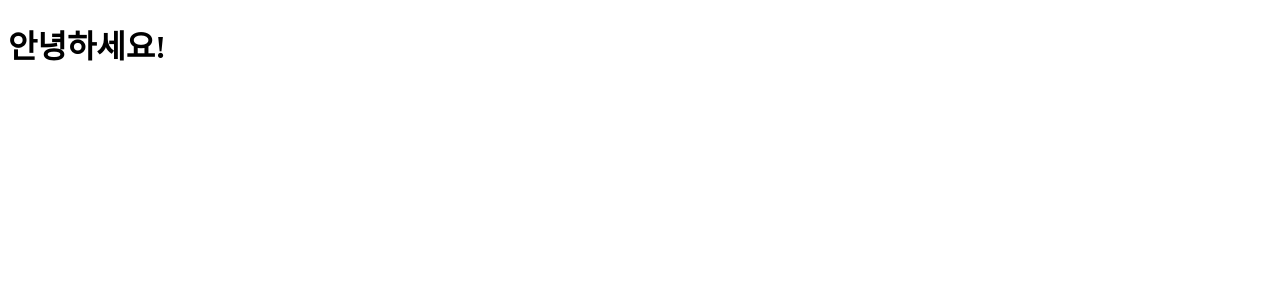
Repository: carminesteel/java
Page: 0403/ex03/WebContent/ex01.html
The author's editor kept a copy of each file at every save. The page is drawn from the files as they stood at one save, then again after the next save.
The browser window is 1280 px wide. The pictures show the whole page.

Above is the page before, as saved 2020-04-03 07:33:38.

### 0403/ex03/WebContent/ex01.html
<!DOCTYPE html>
<html>
<head>
<meta charset="EUC-KR">
<title>Insert title here</title>
</head>
<body>
	<h1>안녕하세요!</h1>
</body>
</html>

After the next save:
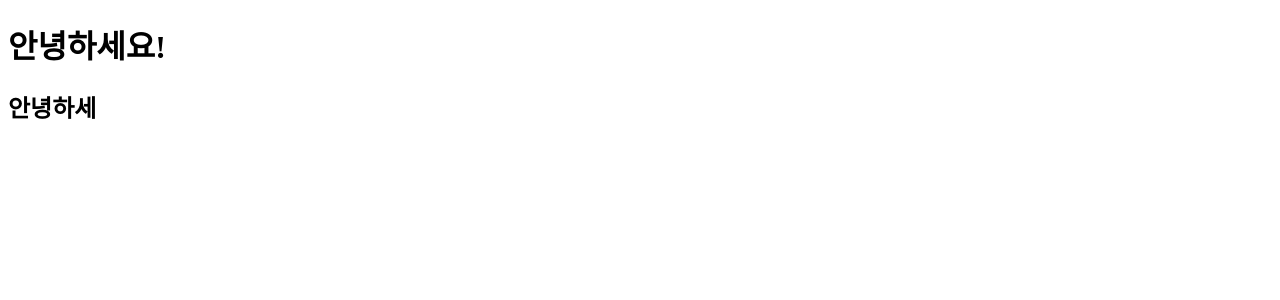
Saved 2 min 14 s later.
--- a/0403/ex03/WebContent/ex01.html
+++ b/0403/ex03/WebContent/ex01.html
@@ -6,5 +6,6 @@
 </head>
 <body>
 	<h1>안녕하세요!</h1>
+	<h2>안녕하세</h2>
 </body>
 </html>
